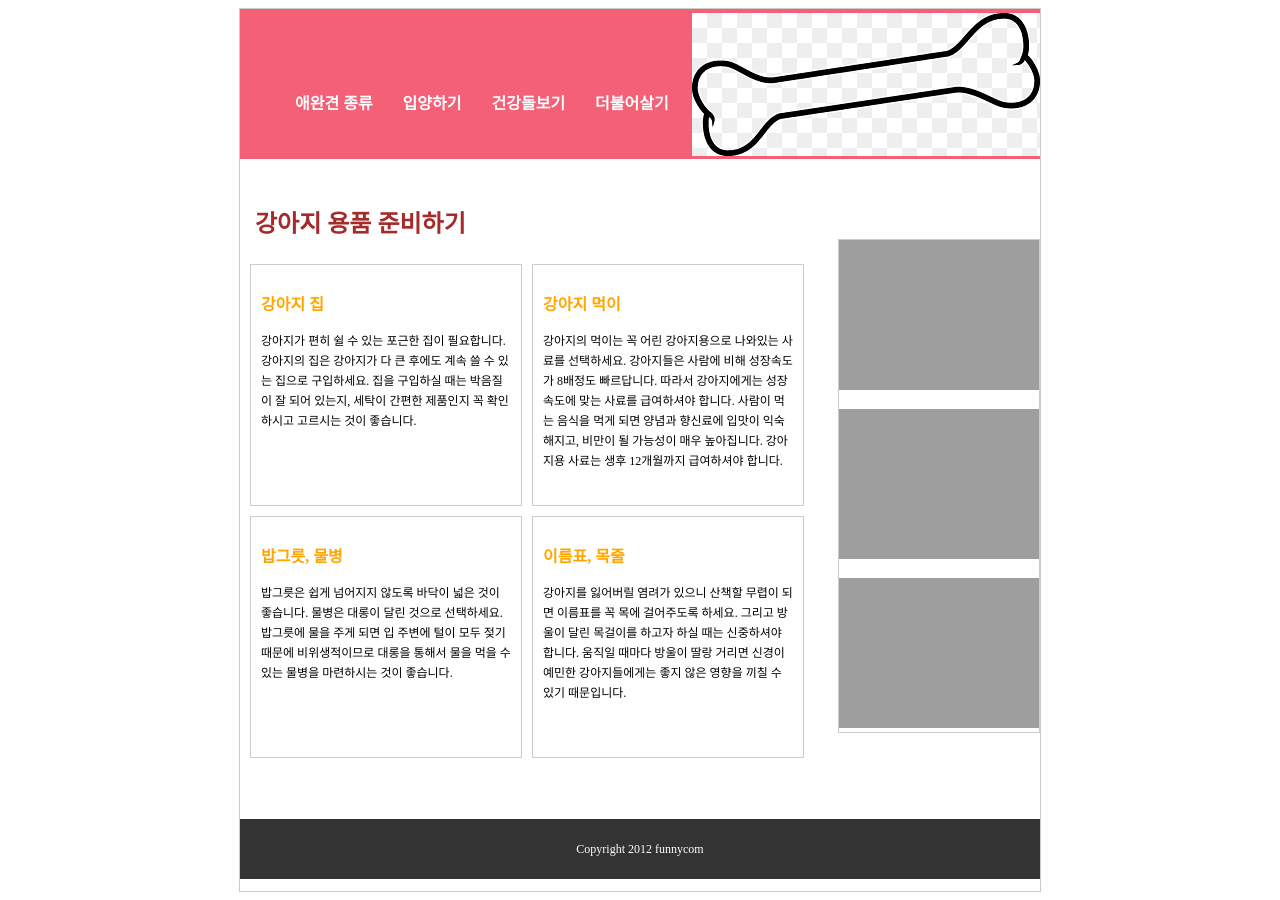
Repository: b1996om/HTML-CSS_study
Page: pro07/public/HTML5-layout.html
The author's editor kept a copy of each file at every save. The page is drawn from the files as they stood at one save, then again after the next save.
The browser window is 1280 px wide. The pictures show the whole page.
Pictures or frames that could not be fetched are drawn as grey boxes.

Above is the page before, as saved 2022-12-07 08:00:26.

After the next save:
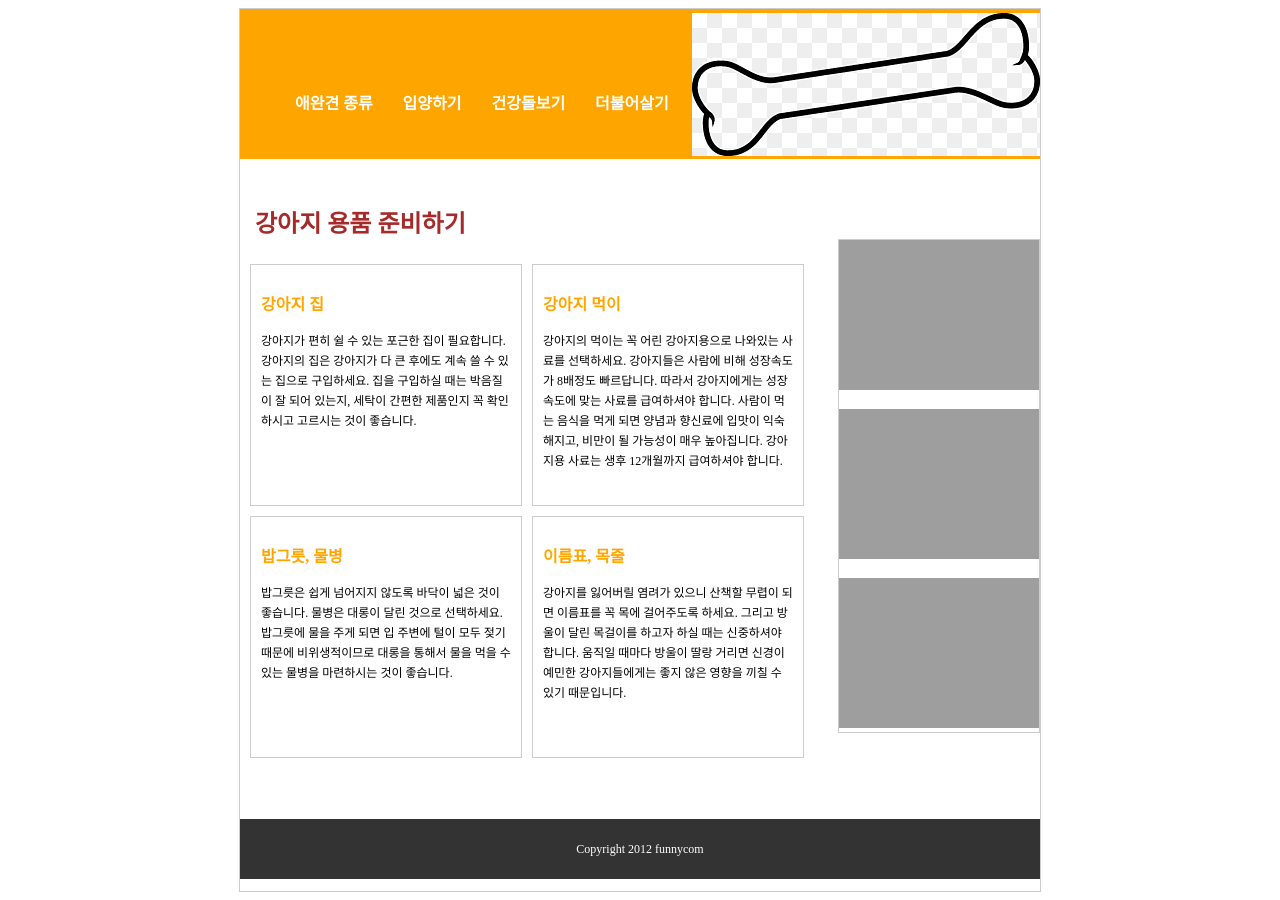
Saved 49 s later.
--- a/pro07/public/css/style4.css
+++ b/pro07/public/css/style4.css
@@ -11,7 +11,7 @@ body {
 header {
 	width:100%;
 	height:150px;
-	background-color:#f46075;
+	background-color:orange;
 	background-image:url(images/nav2.png);
 	background-repeat:no-repeat;
 	background-position:right center;
